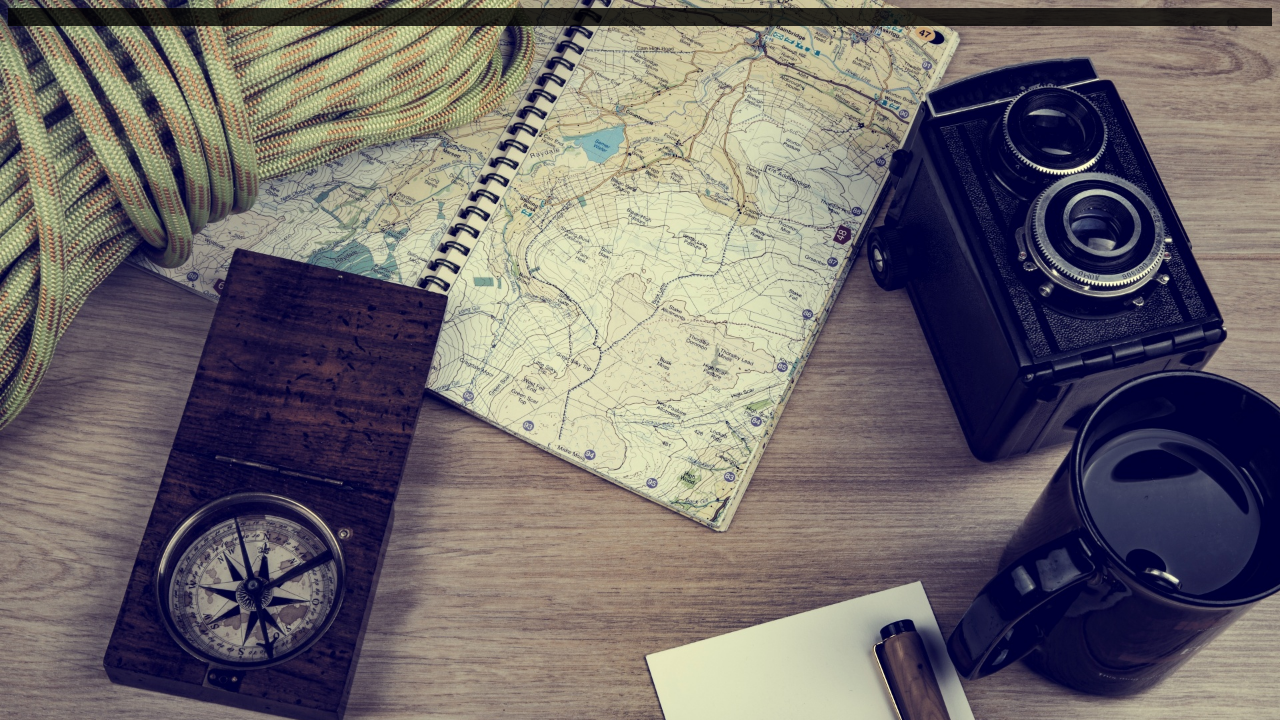
Repository: minkyung0421/jsp_travel_project
Page: http://localhost/Travel_Project/loginForm.jsp
An editor plug-in stored every save of this project. The page is shown before and after the next save, followed by the edit.
The browser window is 1280 px wide. The pictures show the whole page.
The page is served by Tomcat 9.

Above is the page before, as saved 2018-08-20 01:33:54.

After the next save:
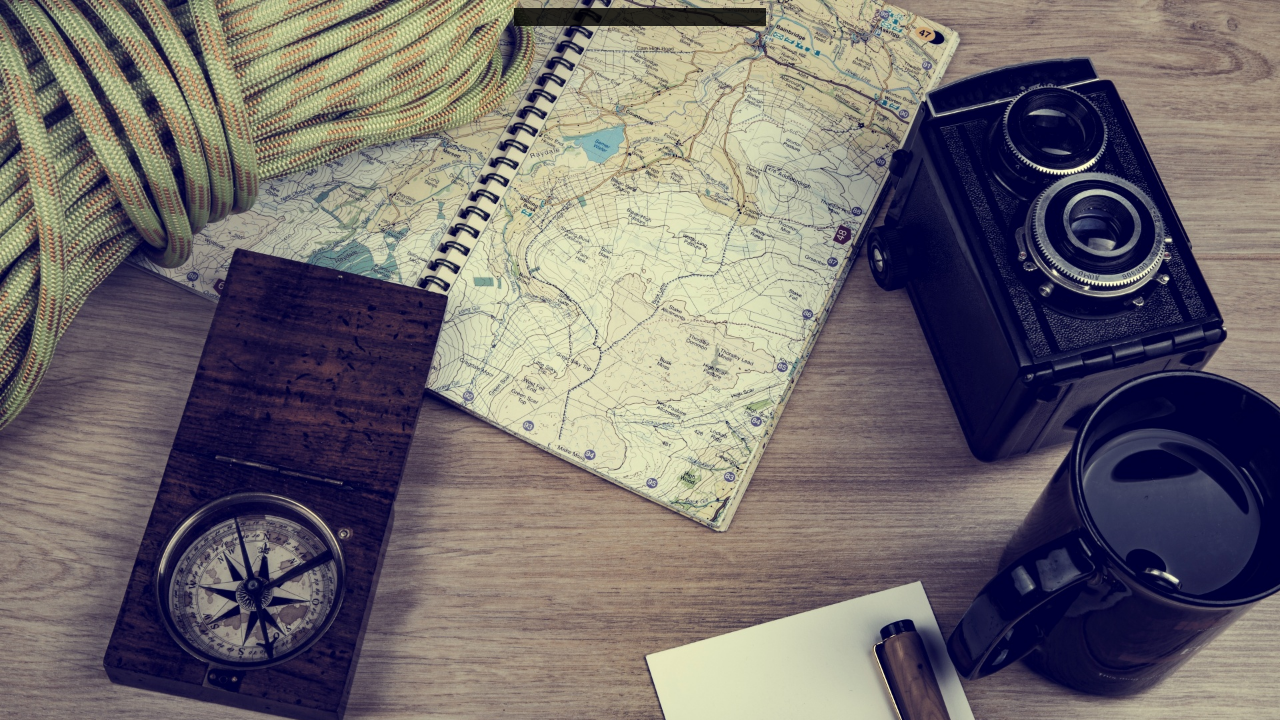
Saved 26 s later.
--- a/jsp_travel_project/Travel_Project/WebContent/loginForm.jsp
+++ b/jsp_travel_project/Travel_Project/WebContent/loginForm.jsp
@@ -15,7 +15,7 @@
 </style>
 <body>
 	<center>
-		<div width = "400" height = "400" style = "background-color: black; opacity: 0.8;">
+		<div width = "400" height = "400" style = "background-color: black; opacity: 0.8; width: 20%; height: 20%">
 		asdklasdjaskldjlasjd
 		</div>
 	</center>
